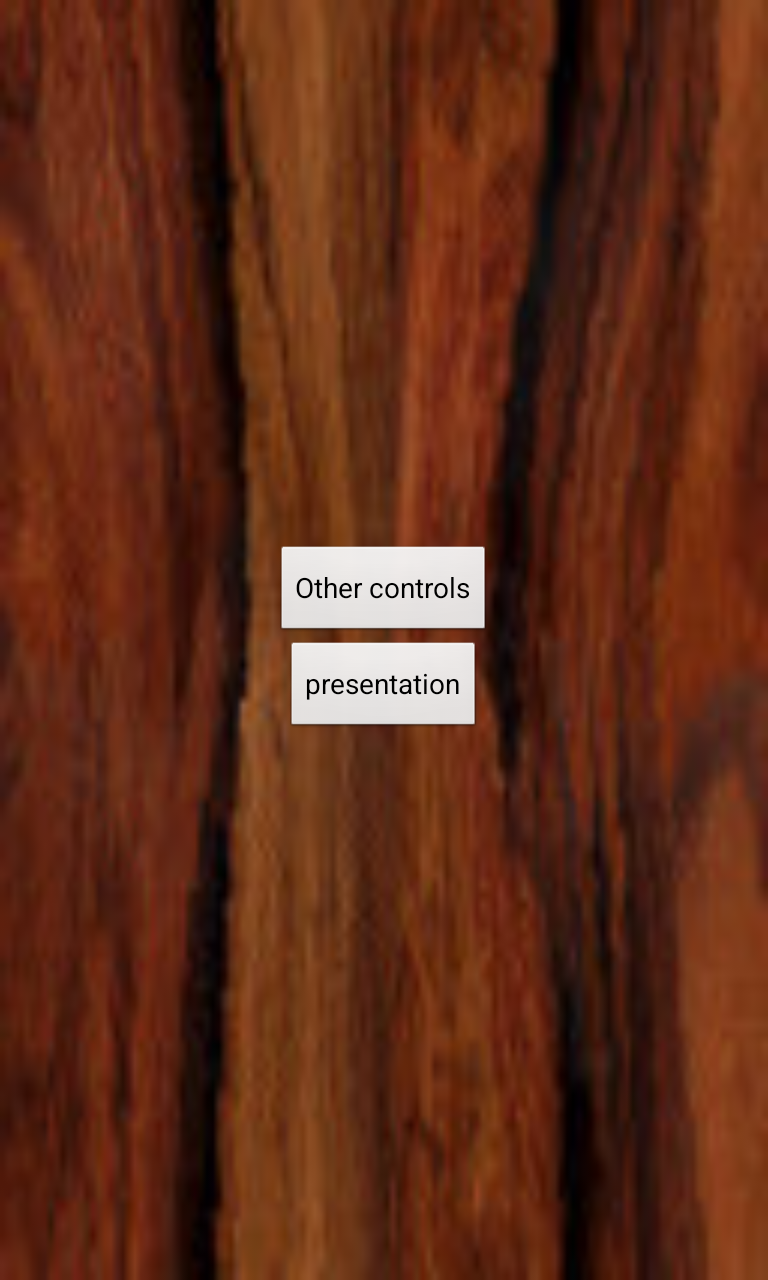
Repository: anant-agarwal/pc_remote
Layout: android_client/sample/res/layout/menu.xml
The author's editor kept a copy of each file at every save. The layout is drawn from the files as they stood at one save, then again after the next save.
It is drawn on a 768 x 1280 px phone screen (xhdpi) without system bars, with theme android:Theme.NoTitleBar; the app's code is not run.

Above is the layout before, as saved 2012-10-25 17:06:03.

After the next save:
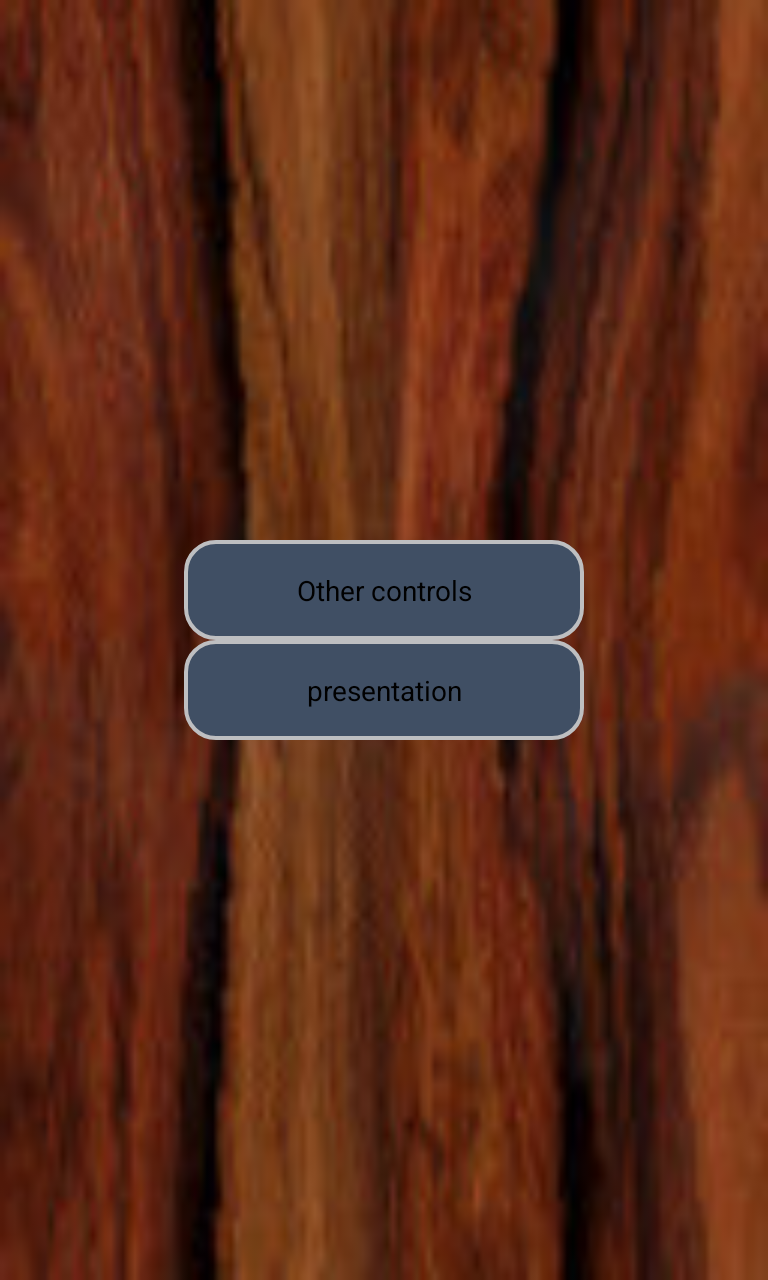
Saved 9 min 35 s later.
--- a/android_client/sample/res/layout/menu.xml
+++ b/android_client/sample/res/layout/menu.xml
@@ -6,20 +6,19 @@
     android:gravity="center"
     android:orientation="vertical" >
 
-
-
-
     <Button
         android:id="@+id/of"
-        android:layout_width="wrap_content"
-        android:layout_height="wrap_content"
+        android:layout_width="200dp"
+        android:layout_height="50dp"
+        android:background="@drawable/btnstyle1"
         android:onClick="menubtns"
         android:text="Other controls" />
 
     <Button
         android:id="@+id/present"
-        android:layout_width="wrap_content"
-        android:layout_height="wrap_content"
+        android:layout_width="200dp"
+        android:layout_height="50dp"
+        android:background="@drawable/btnstyle1"
         android:onClick="menubtns"
         android:text="presentation" />
 
